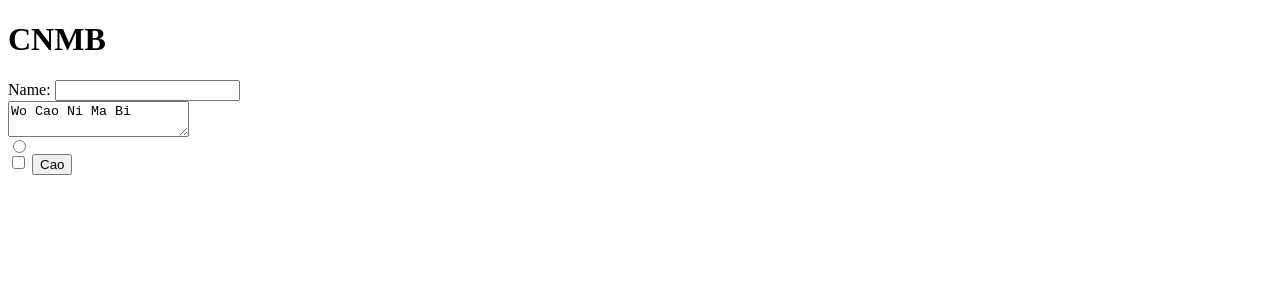
Repository: FWBMKII/csc207
Page: cnmb/cnmb.html
These files come from the project's save history. The page is drawn as it stood at one moment and after the next save; the edit follows.
The browser window is 1280 px wide. The pictures show the whole page.

Above is the page before, as saved 2015-04-27 19:34:29.

### cnmb/cnmb.html
<!DOCTYPE html PUBLIC "-//W3C//DTD HTML 4.01 Transitional//EN" "http://www.w3.org/TR/html4/loose.dtd">
<html>
<head>
<meta http-equiv="Content-Type" content="text/html; charset=UTF-8">
<title>（╯‵□′）╯︵┴─┴</title>
</head>
<body>
	<form action="cnmb.php" method="get">
		<h1>CNMB</h1>
		Name: <input type="text" name="name"/><br/>
		<textarea name="wcnmb">Wo Cao Ni Ma Bi</textarea>
		<br/>
		<input type="radio" name="address">
		<br/>
		<input type="checkbox" name="over18"/>

		<input type="submit" value="Cao"/>
	</form>
</body>
</html>

After the next save:
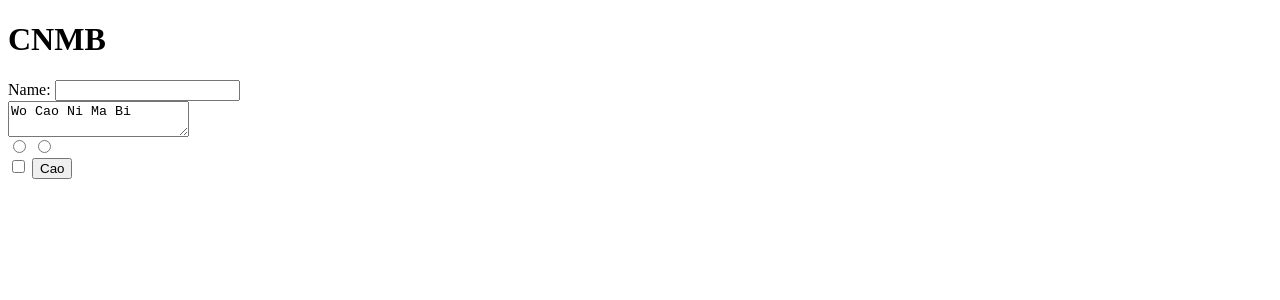
Saved 22 s later.
--- a/cnmb/cnmb.html
+++ b/cnmb/cnmb.html
@@ -10,7 +10,8 @@
 		Name: <input type="text" name="name"/><br/>
 		<textarea name="wcnmb">Wo Cao Ni Ma Bi</textarea>
 		<br/>
-		<input type="radio" name="address">
+		<input type="radio" name="address" value="billing">
+		<input type="radio" name="address" value="other">
 		<br/>
 		<input type="checkbox" name="over18"/>
 
